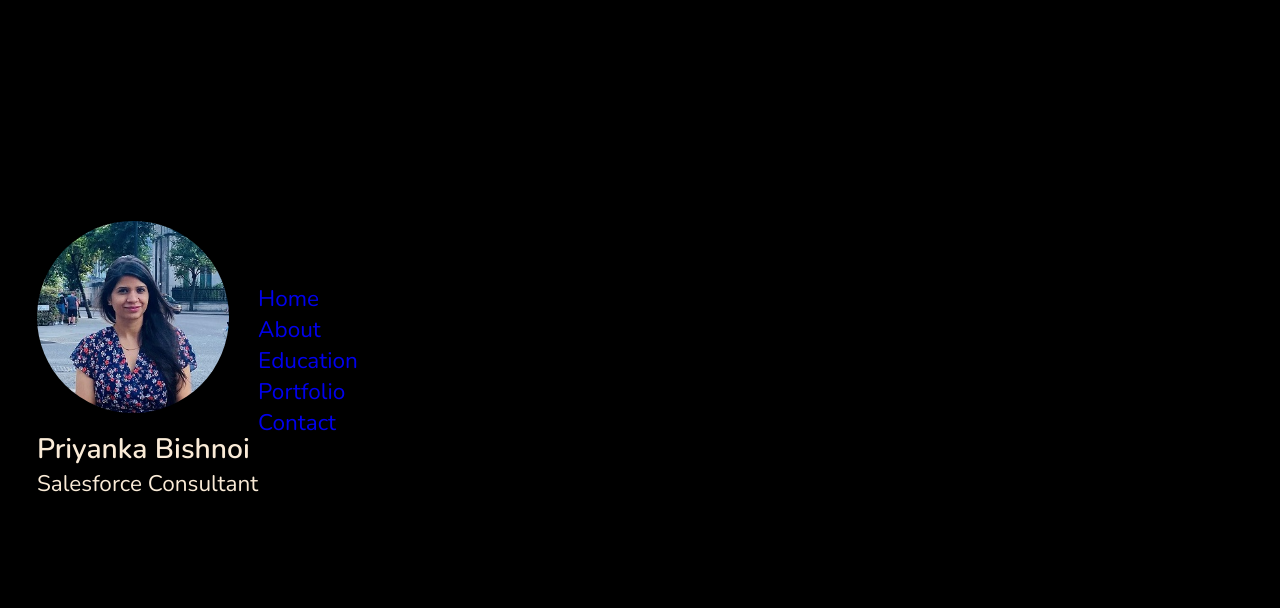
Repository: priyanka-bishnoi/PortfolioPage
Page: MyPage.html
The author's editor kept a copy of each file at every save. The page is drawn from the files as they stood at one save, then again after the next save.
The browser window is 1280 px wide. The pictures show the whole page.

Above is the page before, as saved 2022-10-07 16:19:45.

After the next save:
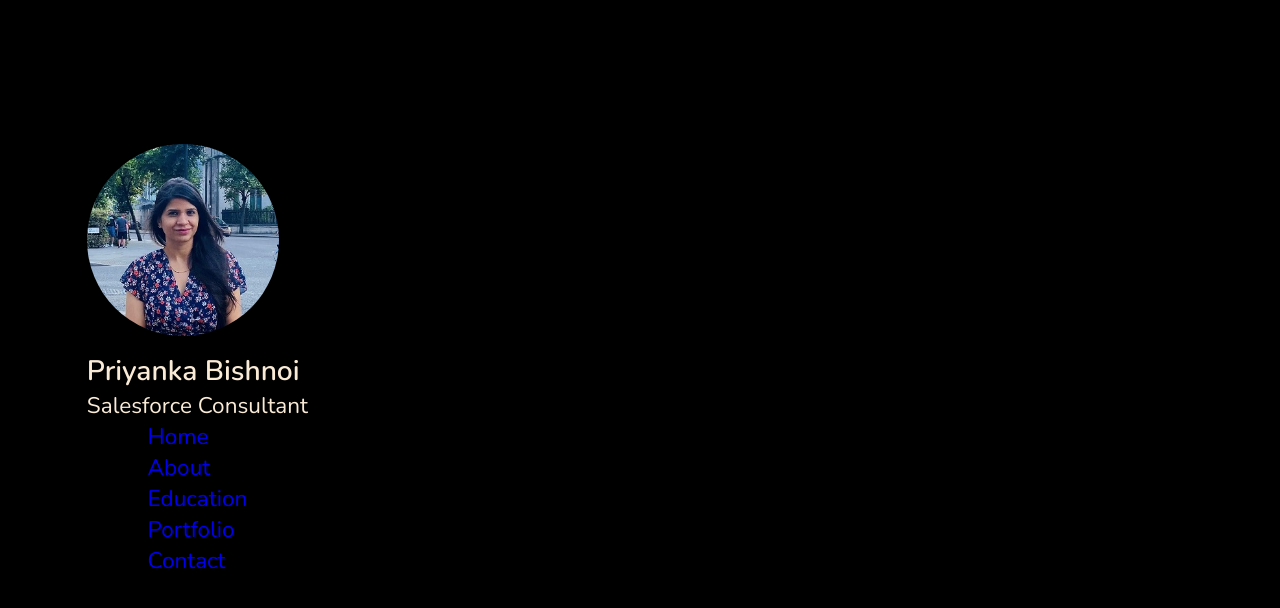
Saved 23 h 30 min later.
--- a/css/style.css
+++ b/css/style.css
@@ -24,6 +24,8 @@ header {
     width:35rem;
     background:black;
     display:flex;
+    flex-direction: column;
+    flex-wrap: wrap;
     align-items:center;
     justify-content: center;
 }
